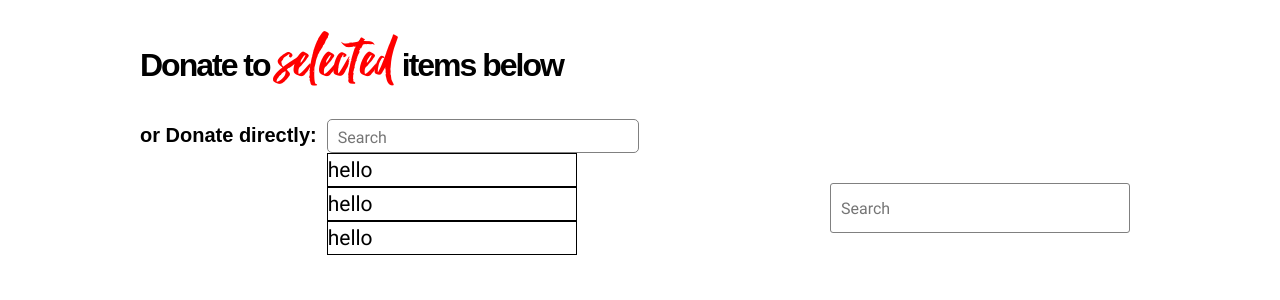
Repository: David-Waite/edableStyleChanges
Page: /
An editor plug-in stored every save of this project. The page is shown before and after a run of saves, followed by the edit.
The browser window is 1280 px wide. The pictures show the whole page.
The page's requests for data from a server got no answer. The project was rebuilt for these pictures with package versions that can differ from the ones it lists, and the page was loaded fresh each time. Some packages were replaced by stand-ins written for this rebuild. No one was signed in, and anything a server would have sent is missing. Queries for data that is not in the repository find no rows. Also part of the build but not shown: src/components/Item/ProgressBar.css, src/components/Volunteer/Volunteer.tsx, src/components/DonorForm/Message.css, src/components/Volunteer/VolunteerError.tsx, src/components/Default.tsx, src/components/DonorForm/Paypal.tsx, src/components/DonorForm/DonorForm.tsx, src/components/DonorForm/PastDonations.css and 8 more.

Above is the page before, as saved 2022-11-09 19:42:23.

### public/index.html
<!DOCTYPE html>
<html lang="en">
  <head>
    <meta charset="utf-8" />
    <link rel="icon" href="%PUBLIC_URL%/favicon.ico" />
    <meta name="viewport" content="width=device-width, initial-scale=1" />
    <meta name="theme-color" content="#000000" />
    <meta name="description" content="EdAble Donations System" />
    <link rel="apple-touch-icon" href="%PUBLIC_URL%/logo192.png" />
    <link rel="manifest" href="%PUBLIC_URL%/manifest.json" />
    <link
      rel="stylesheet"
      href="https://cdn.jsdelivr.net/npm/bootstrap@5.2.0-beta1/dist/css/bootstrap.min.css"
      integrity="sha384-0evHe/X+R7YkIZDRvuzKMRqM+OrBnVFBL6DOitfPri4tjfHxaWutUpFmBp4vmVor"
      crossorigin="anonymous"
    />
    <title>EdAble Donations</title>
  </head>
  <body>
    <noscript>You need to enable JavaScript to run this app.</noscript>
    <div id="root"></div>
  </body>
  <script src="./iframeResizer.contentWindow.min.js"></script>
</html>

### src/index.tsx
import React from 'react';
import ReactDOM from 'react-dom/client';
import './index.css';
import App from './App';
import reportWebVitals from './reportWebVitals';
import './fonts/Roboto/Roboto-Medium.ttf';
import './fonts/Lora/Lora-VariableFont_wght.ttf';

const root = ReactDOM.createRoot(
  document.getElementById('root') as HTMLElement
);
root.render(
  <React.StrictMode>
    <App />
  </React.StrictMode>
);

// If you want to start measuring performance in your app, pass a function
// to log results (for example: reportWebVitals(console.log))
// or send to an analytics endpoint. Learn more: https://bit.ly/CRA-vitals
reportWebVitals();

### src/index.css
body {
  margin: 0;
  -webkit-font-smoothing: antialiased;
  -moz-osx-font-smoothing: grayscale;
}

code {
  font-family: source-code-pro, Menlo, Monaco, Consolas, "Courier New",
    monospace;
}

* {
  box-sizing: border-box;
}

#page-wrap {
  padding-bottom: 10px;
  padding-top: 10px;
}
@font-face {
  font-family: "Roboto";
  src: local("Roboto"),
    url("./fonts/Roboto/Roboto-Medium.ttf") format("truetype");
}

@font-face {
  font-family: "Lora";
  src: local("Lora"),
    url("./fonts/Lora/Lora-VariableFont_wght.ttf") format("truetype");
}

@font-face {
  font-family: "black_stonealternative";
  src: local("blackStone"),
    url("./fonts/BlackStone/blackstone-alternative-webfont.woff") format("woff");
}

h1 {
  font-family: "Roboto";
  font-style: normal;
  font-weight: 700;
  font-size: 52px;
  line-height: 64px;
  /* identical to box height, or 123% */
  color: #000000;
}

h2 {
  font-family: "Lora";
  font-style: normal;
  font-weight: 700;
  font-size: 47px;
  line-height: 60px;
  /* identical to box height, or 128% */
  color: #f1f1f1;
}

h3 {
  font-family: "Lora";
  font-style: normal;
  font-weight: 700;
  font-size: 40px;
  line-height: 51px;
  color: #c4c4c4;
}

h4 {
  font-family: "Roboto";
  font-style: normal;
  font-weight: 700;
  font-size: 35px;
  line-height: 43px;
  /* identical to box height, or 123% */
  letter-spacing: 0.02em;
  color: #000000;
}

h5 {
  font-family: "Roboto";
  font-style: normal;
  font-weight: 700;
  font-size: 28px;
  line-height: 44px;
  /* identical to box height, or 157% */
  color: #000000;
}

h6 {
  font-family: "Roboto";
  font-style: normal;
  font-weight: 700;
  font-size: 21px;
  line-height: 25px;
  /* identical to box height */
  color: #000000;
}

body {
  font-family: "Roboto";
  font-style: normal;
  font-weight: 400;
  font-size: 21px;
  line-height: 32px;
  /* identical to box height, or 152% */
  color: #000000;
}

### src/App.tsx
import React from "react";
import "./App.css";
import { BrowserRouter, Routes, Route } from "react-router-dom";

import { PayPalScriptProvider } from "@paypal/react-paypal-js";
import Base from "./components/Base";
import Landing from "./components/Landing/Landing";
import Volunteer from "./components/Volunteer/Volunteer";
import VolunteerError from "./components/Volunteer/VolunteerError";
import Default from "./components/Default";
import Organisation from "./components/Organisation/Organisation";
import ItemPage from "./components/Item/ItemPage";
import Success from "./components/DonorForm/Success";
import Cancel from "./components/DonorForm/Cancel";
import PastDonations from "./components/DonorForm/PastDonations";
import PastItemDonations from "./components/DonorForm/PastItemDonations";
import DonateTime from "./components/Volunteer/DonateTime";

function App() {
  return (
    <PayPalScriptProvider
      options={{
        "client-id":
        process.env.REACT_APP_PAYPAL_CLIENT_ID||"ATT3Tn46NrmHggGqVC4mzWOZWlnbp2ID9DA0yQnhsgqPFIVPPlLhfSI_-atbZc3aN7n_k7wUVTyQJMnI",
        currency: "AUD",
      }}
    >
      <BrowserRouter>
        <Routes>
          <Route path="/" element={<Base />}>
            <Route path="/" element={<Landing />} />
            <Route path="volunteer" element={<Volunteer />} />
            <Route path="success" element={<Success />} />
            <Route path="organisation/:orgId" element={<Organisation />} />
            <Route path="cancel/:orgId" element={<Cancel />} />
            <Route path="volunteererror/:orgId" element={<VolunteerError />} />
            <Route path="organisation/:orgId" element={<PastDonations />} />
            <Route path="item/:orgID/:itemID" element={<ItemPage />} />
            <Route path="item/:orgID/:itemID" element={<PastItemDonations />} />
            <Route path="volunteer/organisation/:orgId" element={<DonateTime />} />
            <Route path="volunteer/success" element={<Success />} />

            {/* Using path="*"" means "match anything", so this route
                acts like a catch-all for URLs that we don't have explicit
              routes for. */}
            <Route path="*" element={<Default />} />
          </Route>
        </Routes>
      </BrowserRouter>
    </PayPalScriptProvider>
  );
}

export default App;

### src/App.css
.App {
  text-align: center;
}

.App-logo {
  height: 40vmin;
  pointer-events: none;
}

@media (prefers-reduced-motion: no-preference) {
  .App-logo {
    animation: App-logo-spin infinite 20s linear;
  }
}

.App-header {
  background-color: #282c34;
  min-height: 100vh;
  display: flex;
  flex-direction: column;
  align-items: center;
  justify-content: center;
  font-size: calc(10px + 2vmin);
  color: white;
}

.App-link {
  color: #61dafb;
}

@keyframes App-logo-spin {
  from {
    transform: rotate(0deg);
  }
  to {
    transform: rotate(360deg);
  }
}

.font-face-rob {
  font-family: "Roboto";
}

.font-face-lora {
  font-family: "Lora";
}

.font-face-Black {
  font-family: "black_stonealternative";
}

### src/components/Base.tsx
import { Outlet } from 'react-router-dom';

function BasePage() {
  return (
    <>
      {/* An <Outlet> renders whatever child route is currently active,
          so you can think about this <Outlet> as a placeholder for
        the child routes we defined above. */}
      <Outlet/>
    </>
  );
}

export default BasePage;

### src/components/Landing/Landing.tsx
import { useEffect, useState } from "react";
import "./Landing.css";
import { Link } from "react-router-dom";
import { db } from "../../config/firebase";
import { collection, query, onSnapshot, where } from "firebase/firestore";
import { Button, Container, Carousel, Row, Col } from "react-bootstrap";
import { ReactComponent as InclusionHero } from "./InclusionHero.svg";

import Sidebar from "./Sidebar";
import ItemsCollection from "./ItemsCollection";
import Organisation from "../Organisation/Organisation";

function Landing() {
  const [orgList, setOrgList] = useState<any>([]);

  // gets all the orgs from dbs
  useEffect(() => {
    const q = query(
      collection(db, "Organisations"),
      where("activeStatus", "==", true)
    );
    onSnapshot(q, (querySnapshot) => {
      // setOrgList dumps all the orgs in orgList
      setOrgList(
        querySnapshot.docs.map((doc) => ({
          id: doc.id,
          data: doc.data(),
        }))
      );
    });
  }, []);

  useEffect(() => {
    window.scrollTo(0, 0);
  }, []);

  function handleChange() {
    console.log("hi");
  }
  return (
    //   these lines set up the format of the page
    <>
      <div className="landing">
        {/* Burger menu */}

        <div className="App" id="outer-container">
          {/* Carousel */}
          <div className="slideshowCon">
            <Row>
              <Col>
                <div className="carouselContainer">
                  <Carousel
                    touch={true}
                    interval={4000}
                    indicators={true}
                    variant="light"
                  >
                    {orgList.map((org: any) => (
                      <Carousel.Item
                        key={org.id.toString()}
                        style={{
                          textAlign: "left",
                        }}
                      >
                        <Link
                          to={`organisation/${org.id}`}
                          style={{
                            textDecoration: "none",
                            color: "black",
                          }}
                        >
                          {/* this div contains the carousel item's contents and makes the whole carousel item a link (based on link tag above) */}
                          <div className="carousel-contents">
                            <img
                              className="carouselImage"
                              src={`${org.data.img}`}
                            />

                            <div className="caroursel-text">
                              <div className="carousel-contents-bottom">
                                <div>
                                  {" "}
                                  <h2 className="title">{org.data.name}</h2>
                                  <p className="orgSummary">
                                    {org.data.summary}
                                  </p>
                                </div>

                                <Button
                                  className="btnContribute"
                                  variant="warning"
                                >
                                  DONATE TO&#160;
                                  {org.data.name.toUpperCase()}!
                                </Button>
                              </div>
                            </div>
                          </div>
                        </Link>
                      </Carousel.Item>
                    ))}
                  </Carousel>
                </div>
              </Col>
            </Row>
          </div>
        </div>

        <div>
          <h2 className="pageTitle">
            Donate to <span>selected</span> items below
            <br />
          </h2>
          <div className="selectOrgCon">
            <h2 className="selectOrg">or Donate directly:</h2>
            <div className="orgSearchBar">
              <input
                className="input"
                type="text"
                placeholder="Search"
                onChange={handleChange}
                onClick={handleChange}
              />
              <div className="orgNameCon">
                <div className="orgName">
                  <a>hello</a>
                </div>
                <div className="orgName">
                  <a>hello</a>
                </div>
                <div className="orgName">
                  <a>hello</a>
                </div>
              </div>
            </div>
          </div>
        </div>

        <ItemsCollection orgList={orgList} />
      </div>
    </>
  );
}

export default Landing;

### src/components/Landing/Landing.css
.carousel-control-next,
.carousel-control-prev {
  width: 10%;
}

.landing {
  max-width: 1000px;

  margin: 0px auto 90px;
}
.pageTitle {
  font-size: 32px;
  color: black;
  font-family: sans-serif;
  margin-top: 60px;
  margin-bottom: 40px;
  letter-spacing: -2px;
  line-height: 0px;
  font-weight: 700;
}

.title {
  font-size: 32px;
  color: white;
  font-family: sans-serif;
}
.pageTitle span {
  font-family: "black_stonealternative";
  margin-left: 0px;
  margin-right: 0px;
  font-size: 55px;
  letter-spacing: 1px;
  font-weight: 100;
}

.selectOrg {
  font-size: 20px;
  color: black;
  font-family: sans-serif;

  font-weight: 700;
}
.selectOrgCon {
  display: flex;

  margin-bottom: 0px;
}

.orgSearchBar input {
  height: auto;
  padding: 0 10px;
}

.orgSearchBar input::placeholder {
  font-size: 16px;
}

.orgSearchBar {
  padding-top: 14px;
  margin-left: 10px;
}

.orgNameCon {
  position: absolute;
}
.orgName {
  width: 250px;
  border: 1px solid black;
}

.col {
  padding: 0;
}

.navBarContainer {
  margin-left: 30px;
  margin-top: 10px;
  position: absolute;
  color: white;
}

.carousel {
  /* margin: 3px; */
  /* border-radius: 30px; */

  color: white;
  /* height: ; */
}

.carouselImage {
  object-fit: cover;
  height: calc(500px - 140px);
}

.carousel-contents {
  display: flex;

  flex-direction: column;
  justify-content: flex-end;

  color: white;
  height: 500px;
}

.carousel-indicators {
  margin-bottom: 10px;
}

.carousel-contents-bottom {
  display: flex;
  align-items: center;
  justify-content: space-between;
  gap: 10px;

  margin-bottom: 30px;
}

.caroursel-text {
  padding: 0px 25px;
  height: 140px;
  background-color: #333333;
}

.btnContribute {
  background-color: #e50040;
  color: white;
  border: none;
  border-radius: 3px;
}

.btnContribute span {
  margin-left: 3px;
  font-size: 16px;
  font-weight: 400;
  color: white;
}

.btnContribute div {
  font-size: 16px;
  font-weight: 400;
  margin: 0;
}

.btnContribute:hover {
  background-color: #d4033e;
  color: white;
}

.orgSummary {
  font-size: 16px;
  line-height: 25px;
  margin-bottom: 0px;
}

.imgCarousel {
  width: 100%;
  height: 600px;
}

.orgList {
  font-family: sans-serif;
  font-size: 20px;
  color: black;
}

.orgListCon {
  display: flex;
  align-items: center;
}
@media (max-width: 1040px) {
  .landing {
    padding: 0 20px;
  }
}

@media (max-width: 900px) {
  .title {
    font-size: 28px !important;
  }
}

@media (max-width: 800px) {
  .carousel-contents-bottom {
    flex-direction: column;
    align-items: flex-start;

    gap: 0px;
  }
  .caroursel-text {
    height: 200px;
  }
}

@media (max-width: 500px) {
  .btnContribute div {
    width: 100%;
  }

  .caroursel-text {
    height: 220px;
  }
}

@media (max-width: 370px) {
  .btnContribute {
    margin-top: -10px;
    font-size: 10px;
  }
}

@media (max-width: 325px) {
  .btnContribute span {
    font-size: 9px;
  }
}

/* #carousel-indicators {
    color:rgb(17, 0, 61)
} */

/* Button {
  font-size: x-small;
  style={{ backgroundImage: `url(${org.data.img})` }}




   <img
                              className="imgCarousel"
                              src={org.data.img}
                              alt={`${org.data.name}` + "'s logo"}
                            />
} */

### src/config/firebase.js
import { initializeApp } from "firebase/app";
import { getFirestore } from "firebase/firestore";
import { initializeAppCheck, ReCaptchaV3Provider } from "firebase/app-check";

const firebaseConfig = {
  apiKey: "AIzaSyDs6EtNxxw7Q9vqGTd9EFzCkpK4aQ9u_dY",
  authDomain: "edable-swinburne.firebaseapp.com",
  projectId: "edable-swinburne",
  storageBucket: "edable-swinburne.appspot.com",
  messagingSenderId: "217658206897",
  appId: "1:217658206897:web:529a69fce1bf349d7ad090",
  measurementId: "G-2R2MP9QZ9F",
};

// Initialize Firebase
const app = initializeApp(firebaseConfig);
const db = getFirestore(app);

// app check
const appCheck = initializeAppCheck(app, {
  provider: new ReCaptchaV3Provider("6LcACHkiAAAAAI-dIVsdXLO9-vrCICsqM5sRRjbJ"),
  isTokenAutoRefreshEnabled: true,
});

export { db };

### src/components/Landing/ItemsCollection.tsx
import { useState, useEffect } from "react";
import {
  collectionGroup,
  query,
  onSnapshot,
  collection,
  where,
  getDocs,
} from "firebase/firestore";
import { db } from "../../config/firebase";
import Card from "react-bootstrap/Card";
import ProgressBar from "react-bootstrap/ProgressBar";
import { Link } from "react-router-dom";
import styles from "./ItemsCollection.module.css";
import "../Item/ProgressBar.css";

function ItemsCollection(props: any) {
  const [itemList, setItemList] = useState<any>([]);
  const [search, setSearch] = useState<string>("");

  useEffect(() => {
    const q = query(
      collectionGroup(db, "Items"),
      where("activeStatus", "==", true)
    );

    onSnapshot(q, async (querySnapshot) => {
      setItemList(
        querySnapshot.docs.map((doc) => ({
          id: doc.id,
          data: doc.data(),
          parentDoc: doc.ref.parent.parent?.id,
        }))
      );
    });
  }, []);

  function mergeLists() {
    const mergeList: any = [];
    itemList.map((item: any) => {
      props.orgList.map((org: any) => {
        if (item.parentDoc === org.id) {
          if (item.data.activeStatus === true) {
            mergeList.push({
              ...item,
              orgName: org.data.name,
              orgActiveStatus: org.data.activeStatus,
            });
          }
        }
      });
    });
    return mergeList;
  }

  const mergeList = mergeLists();

  const handleChange = (e: React.ChangeEvent<HTMLInputElement>) => {
    setSearch(e.target.value);
  };
  const filteredItems = mergeList.filter((item: any) =>
    item.data.name.toLowerCase().includes(search.toLowerCase())
  );

  return (
    <>
      <div className={styles.containerDiv}>
        <div
          className={styles.searchBar}
          style={{
            borderRadius: "3px",
            display: "flex",
            alignItems: "right",
            justifyContent: "right",
          }}
        >
          <input
            style={{ fontSize: "16px" }}
            className={styles.input}
            type="text"
            onChange={handleChange}
            placeholder="Search"
          />
        </div>

        <div className={styles.cardParentDiv}>
          {filteredItems.map((item: any) => (
            <div key={item.id.toString()} className={styles.cards}>
              <div className={styles.cardImage}>
                <img src={item.data.img} alt={`Image of  ${item.data.name}`} />
              </div>

              <div className={styles.cardBody}>
                <div>
                  <h3 className={styles.cardTitle}>
                    {item.orgName}:
                    <br />
                    <span>{item.data.name}</span>
                  </h3>

                  <p className={styles.cardDes}>{item.data.summary}</p>
                </div>

                <div className={styles.bottomHalfCard}>
                  <p>
                    ${item.data.totalDonationsValue || 0} of $
                    {item.data.initialPrice}
                  </p>
                  <ProgressBar
                    striped
                    now={
                      item.data.totalDonationsValue
                        ? (item.data.totalDonationsValue /
                            item.data.initialPrice) *
                          100
                        : 0
                    }
                    label={`${Math.round(
                      (item.data.totalDonationsValue / item.data.initialPrice) *
                        100
                    )}%`}
                  />
                  <Link
                    style={{
                      textDecoration: "none",
                      color: "black",
                    }}
                    to={`item/${item.parentDoc}/${item.id}`}
                  >
                    <div className={styles.btn}>DONATE NOW!</div>
                  </Link>
                </div>
              </div>
            </div>
          ))}
        </div>
      </div>
    </>
  );
}

export default ItemsCollection;

### src/components/Organisation/Organisation.module.css
.body {
  background-color: black;
}

* {
  margin: 0;
  padding: 0;
}

img {
  max-width: 100%;
}

.section {
  max-width: 1000px;
  margin: 0 auto;
  background-color: white;
}

.orgName,
.volunteerOrgName span {
  font-family: "black_stonealternative";
  margin-left: 0px;
  margin-right: 0px;
  font-size: 55px;
  font-weight: 100;
  color: #5e17a9;
  line-height: 45px;
}

.orgNameSpan,
.volunteerOrgName {
  font-size: 32px;
  color: black;
  font-family: sans-serif;
  font-weight: 600;
  line-height: normal;
}
.volunteerOrgName span {
  color: #5e17a9;
}
.line {
  margin: 20px 0 30px;
  height: 3px;
  width: 70px;
  background-color: #511493;
}

.itemName {
  font-size: 32px;
  color: black;
  font-family: sans-serif;
  font-weight: 600;
  line-height: normal;
}

.itemImgDesktop {
  margin-bottom: 20px;
}

.sideIdmage {
  display: flex;
  flex-direction: column;
}

.itemImgMobile,
.mobileSideImg {
  display: none;
}

.itemName span {
  color: #511493;
  font-size: 33px;
}

.des {
  margin-top: 20px;
  font-size: 16px;
  font-weight: 100;
  line-height: 25px;
  color: #333333;
}
.mainContent {
  margin-top: 40px;
  display: grid;
  grid-template-columns: 1fr 1.5fr;
  gap: 80px;
}
.btn {
  display: flex;
  align-items: center;
  height: 40px;
  color: white;

  border-radius: 3px !important;
  font-size: 16px;
  font-weight: 400;
  padding: 0 15px;
}

a {
  text-decoration: none !important;
}
.websiteBtn {
  height: 40px;

  border-radius: 3px !important;
  font-size: 16px;
  font-weight: 400;
  padding: 10px 15px;

  color: white;
  background-color: #511493;
}
.btn:hover {
  color: white;
}

.goBack {
  background-color: #e50040;
}

.goBack:hover {
  background-color: #f16800;
}

.orgImg {
  width: 100%;
  height: 500px;
  object-fit: cover;
}

.website {
  padding: 30px;
  margin-top: 10px;
  background: linear-gradient(58.89deg, #5e17a9 31.3%, #e50040 67.75%);
  color: white;
}

.website div {
  margin-top: 10px;
}
.website a {
  background-color: #e50040;
  width: 100%;
  color: white;
  border-radius: 3px !important;
  font-size: 16px;
  font-weight: 400;
  padding: 10px 15px;
}

.header {
  margin: 10px 0;
  display: flex;
  gap: 10px;

  align-items: center;
}

h6 {
  margin-top: 30px;
  font-size: 33px;
  font-weight: 400;
  line-height: 30px;
}

h6 div {
  font-family: "black_stonealternative";
  margin-top: 30px;
  color: #5e17a9;
  font-size: 55px;
  letter-spacing: 1px;
  font-weight: 100;
}

.orgDescription {
  margin-top: 20px;
  font-size: 16;
}

.formCon {
  margin-top: 20px;
}

.btnPurple {
  background-color: #511493;
}
.topItem {
  display: flex;
  align-items: center;
  gap: 40px;
}

.backButton {
  margin-top: 30px;
  color: white;
  border-radius: 3px;
  background-color: #e50040;
  border: none;
}

.backButton:hover {
  color: white;

  background-color: #d4033e;
}

.topButton:hover {
  background-color: #f16800;
}

.card {
  border-radius: 3px;
  border: none;

  background-color: #f4f4f4;
}

.card img {
  width: 100%;
}

.cardContent {
  padding: 20px;
}

.cardTitle {
  font-size: 18px;
  color: black;
  font-family: sans-serif;
  height: auto;
  line-height: 25px;
}

.cardDes {
  margin-top: 0px;
  color: rgb(29, 29, 29);
  font-size: 16px;
  letter-spacing: 0.1px;
  line-height: 20px;
  font-weight: 400;
}

@media (max-width: 1040px) {
  .section {
    padding: 0 20px;
  }
}
@media (max-width: 700px) {
  .content {
    padding: 0 20px 50px;
  }
  .formContainer {
    padding: 30px 20px;
  }
  .topItem {
    display: flex;
    flex-direction: column;
    gap: 40px;
  }
  .card {
    width: 100%;
  }
}

@media (max-width: 900px) {
  .mainContent {
    display: grid;
    grid-template-columns: 1fr;
    gap: 20px;
    margin-bottom: 10px;
  }
  .itemImgDesktop,
  .desktopSideImg {
    display: none;
  }
  .mobileSideImg {
    display: block;
  }

  .itemImgMobile {
    display: block;
    width: 100%;
  }
}

@media (max-width: 500px) {
  label {
    font-size: 10px;
  }

  h6 {
    font-size: 25px;
  }
  h6 span {
    font-size: 40px;
  }
  .btn {
    font-size: 12px;
  }
}

### src/components/Landing/ItemsCollection.module.css
.containerDiv {
  /* background-color: rgb(212, 238, 249); */
  border-radius: 40px;
}

.searchBar {
  border-radius: 3px !important;
  padding: 0;
}
.title {
  font-size: 32px;
  color: black;
  font-family: sans-serif;
  margin-top: 60px;
  margin-bottom: 40px;

  letter-spacing: -2px;
}

.title span {
  font-family: "black_stonealternative";
  margin-left: 0px;
  margin-right: 0px;
  font-size: 55px;
  letter-spacing: 1px;
  font-weight: 100;
}

.input {
  margin: 10px;
  width: 300px;
  border-radius: 3px;
  padding: 2px 10px;
}

.cardParentDiv {
  margin-top: 20px;
  display: grid;
  grid-template-columns: 1fr 1fr 1fr;
  gap: 30px;
}

.bottomHalfCard {
  align-self: end;
}
.cardParentDiv img {
  width: 100%;
  height: 180px;
  object-fit: cover;
  padding: 0;
  margin: 0;
}

.cardImage {
  height: 180px;
}
.cardTitle {
  font-size: 18px;
  color: black;
  font-family: sans-serif;
  height: auto;
  line-height: 25px;
}

.cardTitle span {
  color: #e50040;
}

.cardDes {
  height: 60px;
  margin-top: 0px;
  color: rgb(29, 29, 29);
  font-size: 16px;
  letter-spacing: 0.1px;
  line-height: 16px;
  font-weight: 400;
}

.btn {
  text-decoration: none;
  color: white;
  display: flex;
  align-items: center;
  justify-content: center;
  height: 40px;
  margin-top: 10px;
  margin-bottom: -15px;
  text-align: center;
  border-radius: 3px;
  font-size: 16px;
  font-weight: 400;

  background-color: #5e17a9;
}

.cardBody {
  padding: 10px 10px 30px 10px;
}

.cards {
  border-radius: 3px;
  border: none;
  background-color: #f4f4f4;
}

@media (max-width: 1040px) {
  .cardParentDiv {
    grid-template-columns: 1fr 1fr;
    gap: 60px;
  }
  .input {
    width: calc(100vw - 40px);
  }
}

@media (max-width: 650px) {
  .cardParentDiv {
    grid-template-columns: 1fr 1fr;
    gap: 20px;
  }
}

@media (max-width: 600px) {
  .cardParentDiv {
    grid-template-columns: 1fr;
    gap: 20px;
  }
}

### src/components/DonorForm/DonorForm.css
.donorInfoContainer {
  background-color: rgb(238, 238, 238);
  padding: 20px 40px;
  border-radius: 3px;
}

.formTitle {
  color: #5e17a9;
}

.presetButtons {
  display: flex;
  align-items: center;
  justify-content: flex-start;
  margin-bottom: -20px;
}

label,
.or {
  padding: 5px 0;
  font-weight: lighter;
}

label span {
  color: rgb(176, 53, 53);
  margin-left: 2px;
}

input:disabled {
  background-color: rgb(197, 197, 197);
}

.checkbox {
  display: flex;
  justify-content: start;
  align-items: center;
}

.checkbox input {
  width: auto;
  margin-right: 5px;
}

.monthlyPayment {
  margin-top: 15px;
  margin-bottom: -25px;
}

.availablity {
  display: flex;
  gap: 60px;
  padding-bottom: 10px;
}

.isAron {
  margin-top: 15px;
}
.mailingList {
  margin-bottom: 15px;
}
input,
select {
  height: 50px;
  width: 100%;
  border: 0.1px solid;
  border-color: grey;
  border-radius: 5px;
}

select {
  padding: 15px 10px;
  border: none;
}

span {
  font-size: large;
  color: red;
}

.proceedPayBtn {
  color: white;
  background-color: #ff7000;
  border-color: #ff7000;
  margin-right: auto;
}

.proceedPayBtn:hover {
  background-color: #f16800;
  color: white;
}

button {
  border-radius: 4px;
  border: 1px solid rgb(215, 215, 215);
  padding: 5px 10px;
  font-size: 14px;
  margin: 5px;
  color: white;
  background-color: #ff7000;
  border-color: #ff7000;
}

button[type="submit"],
input[type="submit"] {
  background: #ec598f;
  color: white;
  text-transform: uppercase;
  border: none;
  margin-top: 40px;
  padding: 10px;
  font-size: 16px;
  font-weight: 400;
  letter-spacing: 10px;
}

Loaded but not shown: src/reportWebVitals.ts (common file); public/iframeResizer.contentWindow.min.js (library)

After the next 3 saves:
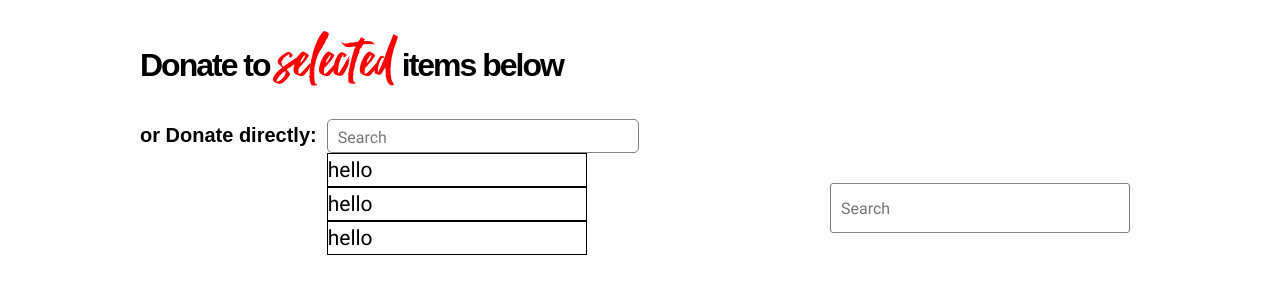
The 3 saves are shown as one change because they came seconds apart.
The last was saved 10 s later.
--- a/src/components/Landing/Landing.css
+++ b/src/components/Landing/Landing.css
@@ -64,7 +64,7 @@
   position: absolute;
 }
 .orgName {
-  width: 250px;
+  width: 260px;
   border: 1px solid black;
 }
 
